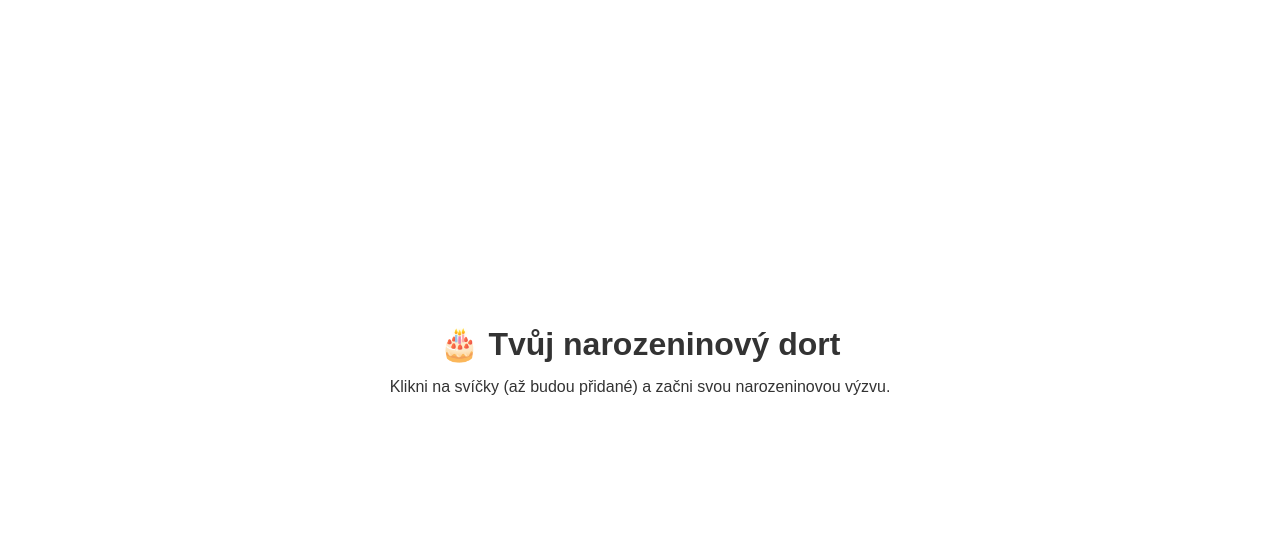
Repository: DanielMicka/darek
Page: html/cake.html
These files come from the project's save history. The page is drawn as it stood at one moment and after a run of saves; the edit follows.
The browser window is 1280 px wide. The pictures show the whole page.

Above is the page before, as saved 2026-06-13 19:33:38.

After the next 2 saves:
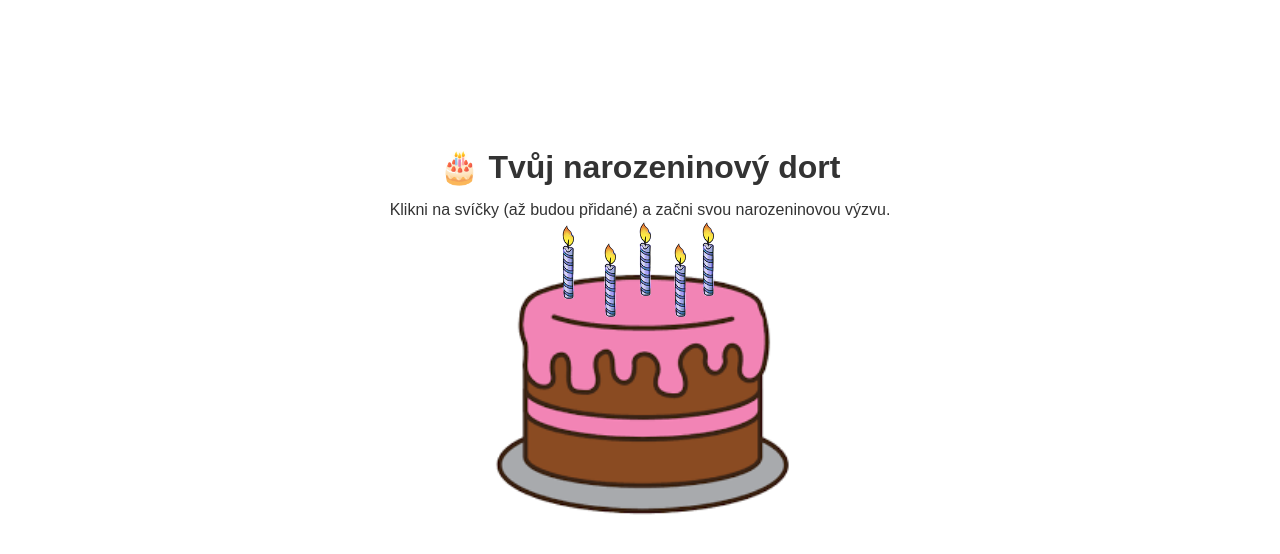
The 2 saves are shown as one change because they came seconds apart.
The last was saved 6 s later.
--- a/html/cake.html
+++ b/html/cake.html
@@ -15,6 +15,25 @@
 
         <p>Klikni na svíčky (až budou přidané) a začni svou narozeninovou výzvu.</p>
 
+                <div class="cake-wrapper">
+            <img src="/cake.png" class="cake">
+
+            <!-- Svíčka 1 -->
+            <img src="/svíčka_ende.png" class="candle c1" data-id="1">
+
+            <!-- Svíčka 2 -->
+            <img src="/svíčka_ende.png" class="candle c2" data-id="2">
+
+            <!-- Svíčka 3 -->
+            <img src="/svíčka_ende.png" class="candle c3" data-id="3">
+
+            <!-- Svíčka 4 -->
+            <img src="/svíčka_ende.png" class="candle c4" data-id="4">
+
+            <!-- Svíčka 5 -->
+            <img src="/svíčka_ende.png" class="candle c5" data-id="5">
+        </div>
+
 
     </div>
 
